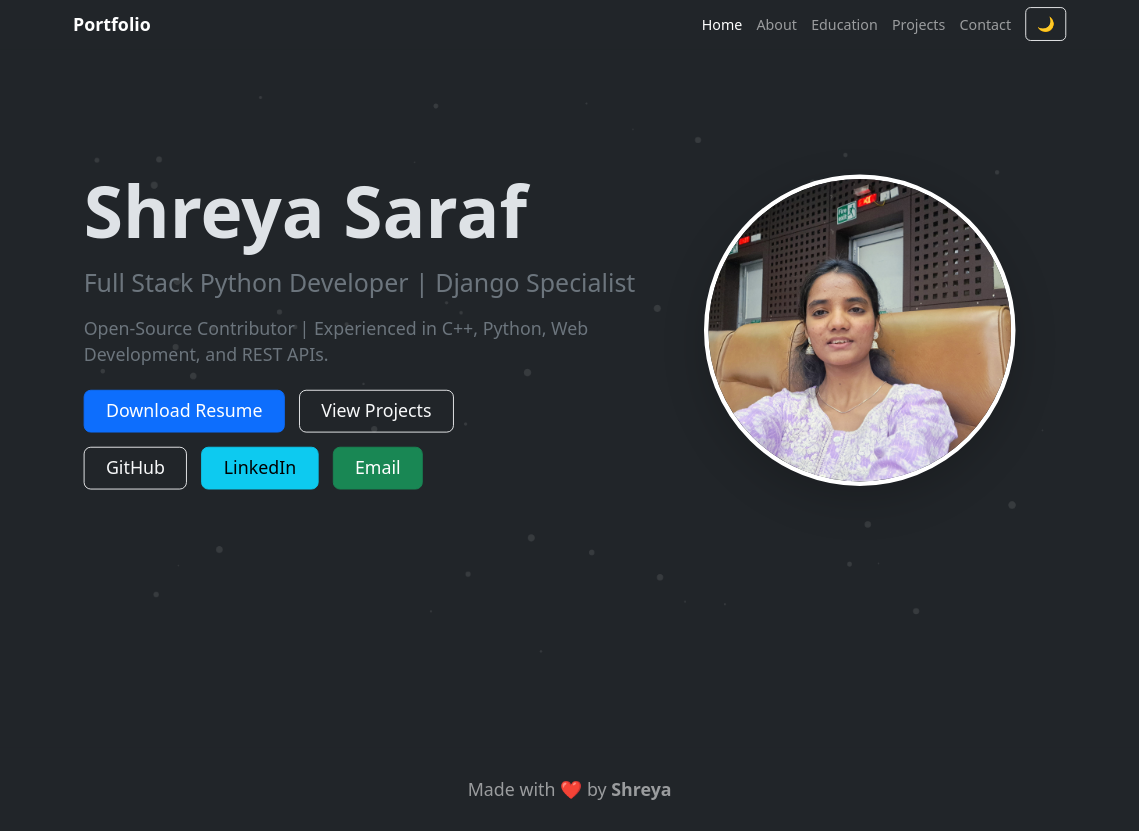
Repository: Shreyasaraf01/shreya-portfolio
Page: http://localhost/
The author's editor kept a copy of each file at every save. The page is drawn from the files as they stood at one save, then again after the next save.
The browser window is 1280 px wide. The pictures show the whole page, at 89% of full size.
The page is served by the project's application, run on Django 5.2 (manage.py). Other server files are loaded and not shown.

Above is the page before, as saved 2025-09-13 23:53:56.

### main/templates/main/index.html
{% extends "base.html" %}
{% load static %}

{% block content %}
<div class="position-relative overflow-hidden py-5" style="min-height: 90vh;">

  <!-- Animated Background -->
  <canvas id="hero-bg" class="position-absolute top-0 start-0 w-100 h-100" style="z-index:0;"></canvas>

  <div class="container position-relative" style="z-index:1;">
    <div class="row align-items-center text-center text-md-start py-5">

      <!-- Profile Info -->
      <div class="col-md-7 mb-4 mb-md-0">
        <h1 class="display-1 fw-bold mb-3" style="line-height:1.1;">
          Shreya Saraf
        </h1>
        <p class="fs-3 text-secondary mb-3">Full Stack Python Developer | Django Specialist</p>
        <p class="fs-5 text-secondary mb-4">
          Open-Source Contributor | Experienced in C++, Python, Web Development, and REST APIs.<br>
        </p>

        <!-- Call-to-action Buttons -->
        <div class="d-flex gap-3 justify-content-center justify-content-md-start mt-3">
          <a href="{% static 'files/Shreya_Saraf_Resume.pdf' %}" target="_blank" class="btn btn-primary btn-lg px-4">Download Resume</a>
          <a href="/projects/" class="btn btn-outline-light btn-lg px-4">View Projects</a>
        </div>

        <!-- Social Buttons -->
        <div class="d-flex gap-3 justify-content-center justify-content-md-start mt-3">
          <a href="https://github.com/Shreyasaraf01" target="_blank" class="btn btn-outline-light btn-lg px-4">GitHub</a>
          <a href="https://linkedin.com/in/shreya-saraf-797440257" target="_blank" class="btn btn-info btn-lg px-4">LinkedIn</a>
          <a href="mailto:shreyasaraf765@gmail.com" class="btn btn-success btn-lg px-4">Email</a>
        </div>
      </div>

      <!-- Profile Image -->
<div class="col-md-5 text-center">
  <img src="{% static 'images/profile.jpg' %}"
       alt="profile"
       class="rounded-circle shadow-lg"
       style="width:350px; height:350px; object-fit:cover; border:5px solid #fff; transition: transform 0.3s;"
       onmouseover="this.style.transform='scale(1.08)';"
       onmouseout="this.style.transform='scale(1)';">
</div>

    </div>
  </div>
</div>

<!-- Hero Background Animation Script -->
<script>
const canvas = document.getElementById('hero-bg');
const ctx = canvas.getContext('2d');
canvas.width = window.innerWidth;
canvas.height = window.innerHeight;

let circles = [];
for(let i=0;i<50;i++){
    circles.push({
        x: Math.random()*canvas.width,
        y: Math.random()*canvas.height,
        r: Math.random()*4+1,
        dx: (Math.random()-0.5)*0.5,
        dy: (Math.random()-0.5)*0.5
    });
}

function animate(){
    ctx.clearRect(0,0,canvas.width,canvas.height);
    circles.forEach(c=>{
        ctx.beginPath();
        ctx.arc(c.x,c.y,c.r,0,Math.PI*2,false);
        ctx.fillStyle = 'rgba(255,255,255,0.1)';
        ctx.fill();
        c.x += c.dx;
        c.y += c.dy;
        if(c.x<0||c.x>canvas.width) c.dx*=-1;
        if(c.y<0||c.y>canvas.height) c.dy*=-1;
    });
    requestAnimationFrame(animate);
}
animate();
</script>
{% endblock %}

### main/templates/base.html
<!DOCTYPE html>
<html lang="en" data-bs-theme="dark">
<head>
  <meta charset="UTF-8">
  <title>Portfolio</title>
  {% load static %}
  <link href="https://cdn.jsdelivr.net/npm/bootstrap@5.3.3/dist/css/bootstrap.min.css" rel="stylesheet">
  <script src="{% static 'js/theme.js' %}" defer></script>
</head>
<body>
  <!-- Navbar -->
<nav class="navbar navbar-expand-lg navbar-dark bg-dark fixed-top">
  <div class="container">
    <a class="navbar-brand fw-bold" href="/">Portfolio</a>
    <button class="navbar-toggler" type="button" data-bs-toggle="collapse" data-bs-target="#navbarNav"
            aria-controls="navbarNav" aria-expanded="false" aria-label="Toggle navigation">
      <span class="navbar-toggler-icon"></span>
    </button>
    <div class="collapse navbar-collapse" id="navbarNav">
      <ul class="navbar-nav ms-auto">
        <li class="nav-item">
          <a class="nav-link {% if request.path == '/' %}active{% endif %}" href="/">Home</a>
        </li>
        <li class="nav-item">
          <a class="nav-link {% if request.path == '/about/' %}active{% endif %}" href="/about/">About</a>
        </li>
        <li class="nav-item">
          <a class="nav-link {% if request.path == '/education/' %}active{% endif %}" href="/education/">Education</a>
        </li>
        <li class="nav-item">
          <a class="nav-link {% if request.path == '/projects/' %}active{% endif %}" href="/projects/">Projects</a>
        </li>
        <li class="nav-item">
          <a class="nav-link {% if request.path == '/contact/' %}active{% endif %}" href="/contact/">Contact</a>
        </li>
        <li class="nav-item">
          <button class="btn btn-outline-light ms-2" id="theme-toggle">🌙</button>
        </li>
      </ul>
    </div>
  </div>
</nav>


  <!-- Main Content Container -->
  <div class="container py-5 mt-5">
    {% block content %}{% endblock %}
  </div>

  <!-- Footer -->
<footer class="footer navbar navbar-dark bg-dark py-4 mt-5">
  <div class="container d-flex justify-content-center">
    <span class="navbar-text fs-5">
      Made with <span style="color:red;">❤️</span> by <strong>Shreya</strong>
    </span>
  </div>
</footer>

  <script src="https://cdn.jsdelivr.net/npm/bootstrap@5.3.3/dist/js/bootstrap.bundle.min.js"></script>
</body>
</html>

### main/views.py
from django.shortcuts import render, redirect
from django.core.mail import send_mail
from django.conf import settings
from django.contrib import messages

def index(request):
    return render(request, "main/index.html")

def about(request):
    return render(request, "main/about.html")

def education(request):
    return render(request, "main/education.html")

def projects(request):
    return render(request, "main/projects.html")

def contact(request):
    if request.method == 'POST':
        name = request.POST.get('name', '').strip()
        email = request.POST.get('email', '').strip()
        message = request.POST.get('message', '').strip()

        if name and email and message:
            full_message = f"Message from {name} ({email}):\n\n{message}"

            try:
                send_mail(
                    subject=f"New Contact Form Submission from {name}",
                    message=full_message,
                    from_email=settings.EMAIL_HOST_USER,
                    recipient_list=['shreyasaraf765@gmail.com'],
                    fail_silently=False,
                )
                messages.success(request, 'Message sent successfully!')
                return redirect('contact')  # Redirect to avoid resubmission on page refresh
            except Exception as e:
                messages.error(request, f"Error sending message: {e}")
        else:
            messages.warning(request, "Please fill in all fields.")

    return render(request, 'main/contact.html')

### shreya_portfolio/urls.py
"""
URL configuration for shreya_portfolio project.

The `urlpatterns` list routes URLs to views. For more information please see:
    https://docs.djangoproject.com/en/5.1/topics/http/urls/
Examples:
Function views
    1. Add an import:  from my_app import views
    2. Add a URL to urlpatterns:  path('', views.home, name='home')
Class-based views
    1. Add an import:  from other_app.views import Home
    2. Add a URL to urlpatterns:  path('', Home.as_view(), name='home')
Including another URLconf
    1. Import the include() function: from django.urls import include, path
    2. Add a URL to urlpatterns:  path('blog/', include('blog.urls'))
"""
from django.contrib import admin
from django.urls import path, include

urlpatterns = [
    path('admin/', admin.site.urls),
    path("", include("main.urls")),
]

### main/urls.py
from django.urls import path
from . import views

urlpatterns = [
    path("", views.index, name="home"),
    path("about/", views.about, name="about"),
    path("education/", views.education, name="education"),
    path("projects/", views.projects, name="projects"),
    path("contact/", views.contact, name="contact"),
]

### main/static/js/theme.js
document.addEventListener("DOMContentLoaded", () => {
  const toggle = document.getElementById("theme-toggle");
  if (!toggle) return;

  toggle.addEventListener("click", () => {
    const html = document.documentElement;
    const current = html.getAttribute("data-bs-theme");
    const next = current === "dark" ? "light" : "dark";
    html.setAttribute("data-bs-theme", next);
    localStorage.setItem("theme", next);
    toggle.textContent = next === "dark" ? "🌙" : "☀️";
  });

  // persist user choice
  const saved = localStorage.getItem("theme");
  if (saved) {
    document.documentElement.setAttribute("data-bs-theme", saved);
    toggle.textContent = saved === "dark" ? "🌙" : "☀️";
  }
});

After the next save:
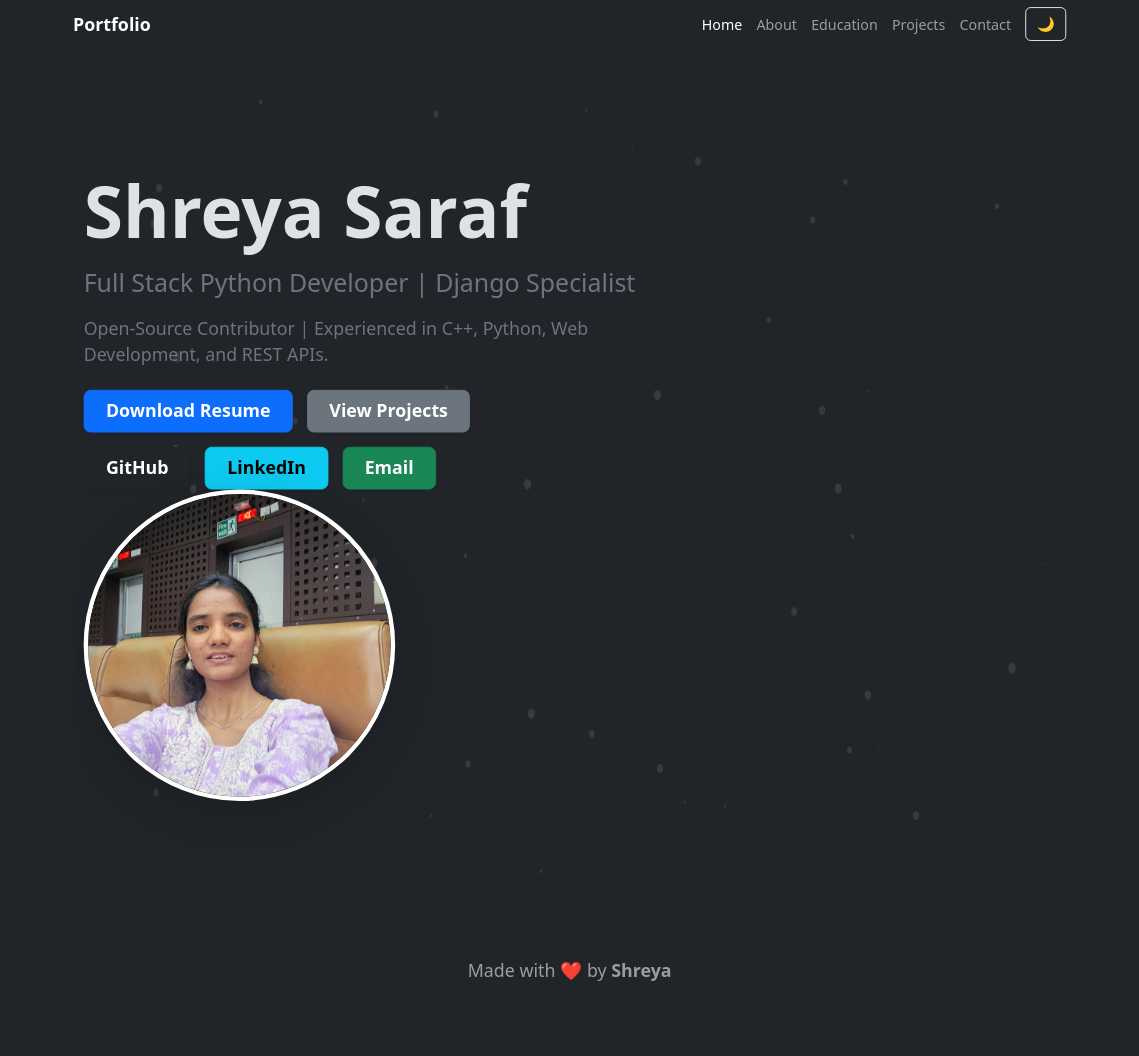
Saved 8 min 3 s later.
--- a/main/templates/main/index.html
+++ b/main/templates/main/index.html
@@ -20,19 +20,42 @@
           Open-Source Contributor | Experienced in C++, Python, Web Development, and REST APIs.<br>
         </p>
 
-        <!-- Call-to-action Buttons -->
-        <div class="d-flex gap-3 justify-content-center justify-content-md-start mt-3">
-          <a href="{% static 'files/Shreya_Saraf_Resume.pdf' %}" target="_blank" class="btn btn-primary btn-lg px-4">Download Resume</a>
-          <a href="/projects/" class="btn btn-outline-light btn-lg px-4">View Projects</a>
-        </div>
+        <!-- Call-to-Action Buttons -->
+<div class="d-flex flex-column flex-md-row gap-3 justify-content-center justify-content-md-start mt-3">
+  <a href="{% static 'files/Shreya_Saraf_Resume.pdf' %}" target="_blank"
+     class="btn btn-primary btn-lg px-4 fw-semibold shadow-sm">
+    Download Resume
+  </a>
+  <a href="/projects/"
+     class="btn btn-secondary btn-lg px-4 fw-semibold shadow-sm">
+    View Projects
+  </a>
+</div>
 
-        <!-- Social Buttons -->
-        <div class="d-flex gap-3 justify-content-center justify-content-md-start mt-3">
-          <a href="https://github.com/Shreyasaraf01" target="_blank" class="btn btn-outline-light btn-lg px-4">GitHub</a>
-          <a href="https://linkedin.com/in/shreya-saraf-797440257" target="_blank" class="btn btn-info btn-lg px-4">LinkedIn</a>
-          <a href="mailto:shreyasaraf765@gmail.com" class="btn btn-success btn-lg px-4">Email</a>
-        </div>
-      </div>
+<!-- Social Buttons -->
+<div class="d-flex flex-column flex-md-row gap-3 justify-content-center justify-content-md-start mt-3">
+  <a href="https://github.com/Shreyasaraf01" target="_blank"
+     class="btn btn-dark btn-lg px-4 fw-semibold shadow-sm">
+    GitHub
+  </a>
+  <a href="https://linkedin.com/in/shreya-saraf-797440257" target="_blank"
+     class="btn btn-info btn-lg px-4 fw-semibold shadow-sm">
+    LinkedIn
+  </a>
+  <a href="mailto:shreyasaraf765@gmail.com"
+     class="btn btn-success btn-lg px-4 fw-semibold shadow-sm">
+    Email
+  </a>
+</div>
+
+<style>
+  .btn:hover {
+      transform: translateY(-2px);
+      transition: all 0.2s ease-in-out;
+      box-shadow: 0 4px 15px rgba(0,0,0,0.2);
+  }
+</style>
+
 
       <!-- Profile Image -->
 <div class="col-md-5 text-center">

After the save that followed:
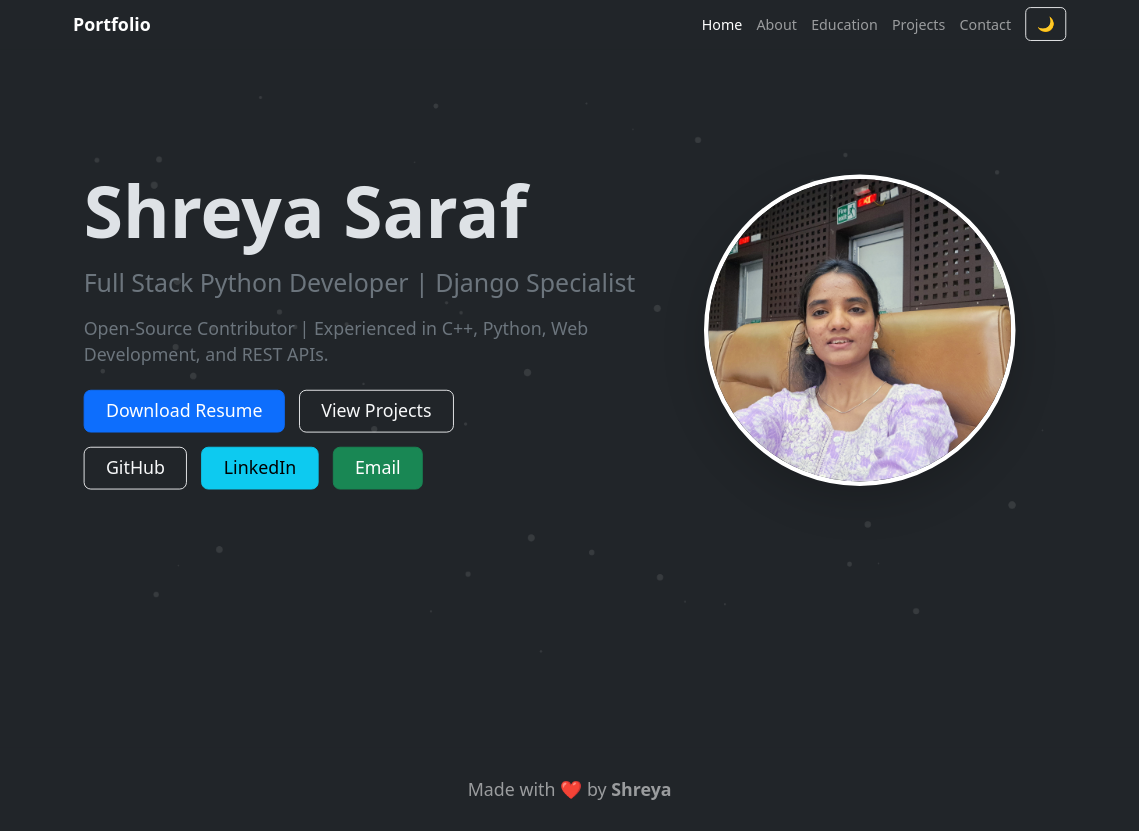
Saved 24 s later.
--- a/main/templates/main/index.html
+++ b/main/templates/main/index.html
@@ -20,42 +20,19 @@
           Open-Source Contributor | Experienced in C++, Python, Web Development, and REST APIs.<br>
         </p>
 
-        <!-- Call-to-Action Buttons -->
-<div class="d-flex flex-column flex-md-row gap-3 justify-content-center justify-content-md-start mt-3">
-  <a href="{% static 'files/Shreya_Saraf_Resume.pdf' %}" target="_blank"
-     class="btn btn-primary btn-lg px-4 fw-semibold shadow-sm">
-    Download Resume
-  </a>
-  <a href="/projects/"
-     class="btn btn-secondary btn-lg px-4 fw-semibold shadow-sm">
-    View Projects
-  </a>
-</div>
+        <!-- Call-to-action Buttons -->
+        <div class="d-flex gap-3 justify-content-center justify-content-md-start mt-3">
+          <a href="{% static 'files/Shreya_Saraf_Resume.pdf' %}" target="_blank" class="btn btn-primary btn-lg px-4">Download Resume</a>
+          <a href="/projects/" class="btn btn-outline-light btn-lg px-4">View Projects</a>
+        </div>
 
-<!-- Social Buttons -->
-<div class="d-flex flex-column flex-md-row gap-3 justify-content-center justify-content-md-start mt-3">
-  <a href="https://github.com/Shreyasaraf01" target="_blank"
-     class="btn btn-dark btn-lg px-4 fw-semibold shadow-sm">
-    GitHub
-  </a>
-  <a href="https://linkedin.com/in/shreya-saraf-797440257" target="_blank"
-     class="btn btn-info btn-lg px-4 fw-semibold shadow-sm">
-    LinkedIn
-  </a>
-  <a href="mailto:shreyasaraf765@gmail.com"
-     class="btn btn-success btn-lg px-4 fw-semibold shadow-sm">
-    Email
-  </a>
-</div>
-
-<style>
-  .btn:hover {
-      transform: translateY(-2px);
-      transition: all 0.2s ease-in-out;
-      box-shadow: 0 4px 15px rgba(0,0,0,0.2);
-  }
-</style>
-
+        <!-- Social Buttons -->
+        <div class="d-flex gap-3 justify-content-center justify-content-md-start mt-3">
+          <a href="https://github.com/Shreyasaraf01" target="_blank" class="btn btn-outline-light btn-lg px-4">GitHub</a>
+          <a href="https://linkedin.com/in/shreya-saraf-797440257" target="_blank" class="btn btn-info btn-lg px-4">LinkedIn</a>
+          <a href="mailto:shreyasaraf765@gmail.com" class="btn btn-success btn-lg px-4">Email</a>
+        </div>
+      </div>
 
       <!-- Profile Image -->
 <div class="col-md-5 text-center">
